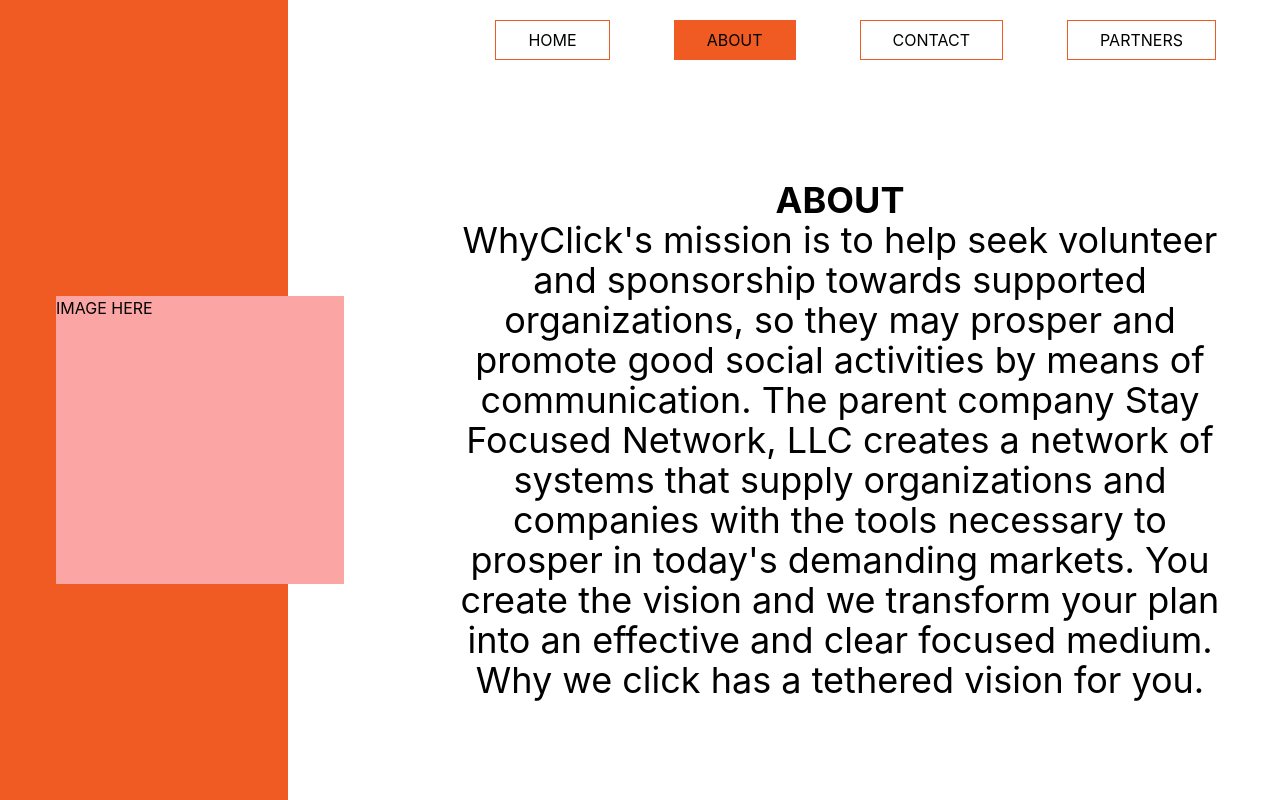
Repository: legenddev1202/whyclicktv
Page: /about
These files come from the project's save history. The page is drawn as it stood at one moment and after the next save; the edit follows.
The browser window is 1280 px wide. The pictures show the whole page.
The project was rebuilt for these pictures with package versions that can differ from the ones it lists, and the page was loaded fresh each time. Also part of the build but not shown: src/pages/home.js, src/App.css.

Above is the page before, as saved 2022-03-31 09:13:54.

### src/index.css
@tailwind base;
@tailwind components;
@tailwind utilities;

body {
  margin: 0;
  font-family: -apple-system, BlinkMacSystemFont, "Segoe UI", "Roboto", "Oxygen",
    "Ubuntu", "Cantarell", "Fira Sans", "Droid Sans", "Helvetica Neue",
    sans-serif;
  -webkit-font-smoothing: antialiased;
  -moz-osx-font-smoothing: grayscale;
  height: 100%;
  min-height: 500px;
}

code {
  font-family: source-code-pro, Menlo, Monaco, Consolas, "Courier New",
    monospace;
}

### src/App.js
import { Routes, Route, Link } from "react-router-dom";
import Home from "./pages/home";
import About from "./pages/about";
import "./App.css";

function App() {
  return (
    <Routes>
      <Route path="/" element={<Home />} />
      <Route path="about" element={<About />} />
    </Routes>
  );
}

export default App;

### src/pages/about.js
import React from "react";
import { Routes, Route, Link } from "react-router-dom";

function About() {
  return (
    <div>
      <div className="bg-transparent w-full h-20 flex items-center px-8 justify-between z-0">
        <div>
          <div
            className="absolute w-72 h-20 top-0 left-0"
            style={{ backgroundColor: "#F05A23" }}
          ></div>
        </div>
        <div className="bg-transparent">
          <button
            className="h-10 px-8 mx-8 border"
            style={{ borderColor: "#F05A23" }}
          >
            <Link to="/">HOME</Link>
          </button>
          <button
            className="h-10 px-8 mx-8 border"
            style={{ borderColor: "#F05A23", backgroundColor: "#F05A23" }}
          >
            <Link to="/about">ABOUT</Link>
          </button>
          <button
            className="h-10 px-8 mx-8 border"
            style={{ borderColor: "#F05A23" }}
          >
            <Link to="/contact">CONTACT</Link>
          </button>
          <button
            className="h-10 px-8 mx-8 border"
            style={{ borderColor: "#F05A23" }}
          >
            <Link to="/contact">PARTNERS</Link>
          </button>
        </div>
      </div>

      <div className="flex h-full w-full items-center justify-around absolute z-20">
        <div className="w-72 h-72 bg-red-300">IMAGE HERE</div>
        <div className="max-w-3xl flex flex-col items-center justify-center">
          <div className="text-4xl font-bold">ABOUT</div>
          <div className="text-4xl text-center">
            WhyClick's mission is to help seek volunteer and sponsorship towards
            supported organizations, so they may prosper and promote good social
            activities by means of communication. The parent company Stay
            Focused Network, LLC creates a network of systems that supply
            organizations and companies with the tools necessary to prosper in
            today's demanding markets. You create the vision and we transform
            your plan into an effective and clear focused medium. Why we click
            has a tethered vision for you.
          </div>
        </div>
      </div>
      <div
        className="absolute w-72 h-full left-0 z-10"
        style={{ backgroundColor: "#F05A23" }}
      ></div>
    </div>
  );
}

export default About;

Loaded but not shown: public/index.html (common file); src/index.js (common file); src/reportWebVitals.js (common file); tailwind.config.js (common file)

After the next save:
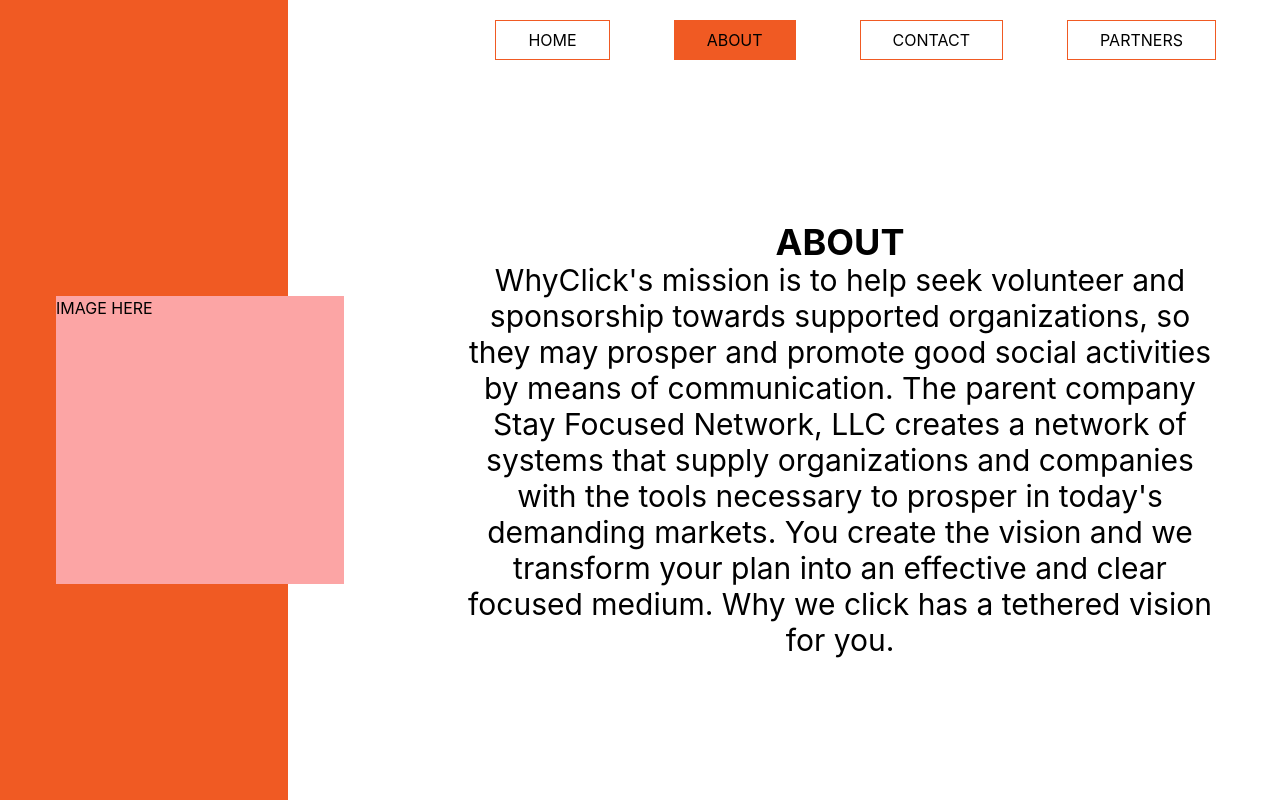
Saved 4 s later.
--- a/src/pages/about.js
+++ b/src/pages/about.js
@@ -43,7 +43,7 @@ function About() {
         <div className="w-72 h-72 bg-red-300">IMAGE HERE</div>
         <div className="max-w-3xl flex flex-col items-center justify-center">
           <div className="text-4xl font-bold">ABOUT</div>
-          <div className="text-4xl text-center">
+          <div className="text-3xl text-center">
             WhyClick's mission is to help seek volunteer and sponsorship towards
             supported organizations, so they may prosper and promote good social
             activities by means of communication. The parent company Stay
